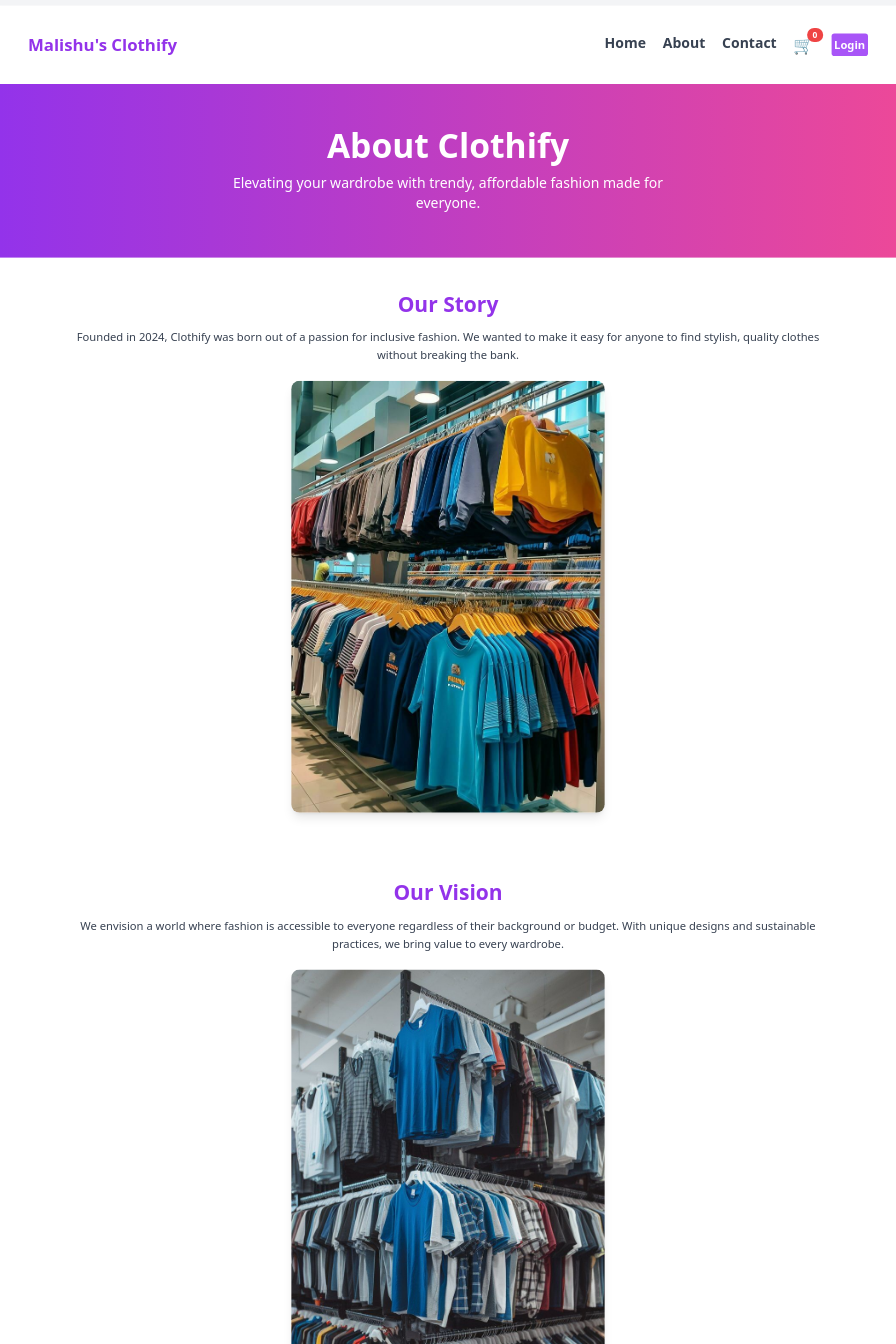
Repository: Engineer-collo/Modern-Ecommerce-Application
Page: /about
The author's editor kept a copy of each file at every save. The page is drawn from the files as they stood at one save, then again after the next save.
The browser window is 1280 px wide. The pictures show the part of the page from y = 0 to 1920 px (the page is 3819 px tall before and 3871 px after), at 70% of full size.
The project was rebuilt for these pictures with package versions that can differ from the ones it lists, and the page was loaded fresh each time. Also part of the build but not shown: vite.config.js, src/components/SignupForm.jsx, src/components/LoginForm.jsx, src/components/ProductCard.jsx, src/components/OfferCountdown.jsx, src/components/ProductFeed.jsx, src/components/Contact.jsx, src/components/Cart.jsx and 1 more.

Above is the page before, as saved 2025-05-26 09:57:03.

### index.html
<!DOCTYPE html>
<html lang="en">
<head>
  <meta charset="UTF-8">
  <meta name="viewport" content="width=device-width, initial-scale=1.0">
  <title>Ecommerce</title>
</head>
<body class="bg-gray-100">
  <div id="root"></div>
  <script type="module" src="/src/main.jsx"></script>
</body>
</html>

### src/main.jsx
import React from 'react'
import ReactDOM from 'react-dom/client'
import './index.css'
import App from './App'

ReactDOM.createRoot(document.getElementById('root')).render(
  <React.StrictMode>
    <App />
  </React.StrictMode>,
)

### src/App.jsx
import { BrowserRouter as Router, Routes, Route } from 'react-router-dom';
import { useEffect, useState } from 'react';
import Footer from './components/Footer';
import Navbar from './components/Navbar';
import SignupForm from './components/SignupForm';
import LoginForm from './components/LoginForm';
import ProductFeed from './components/ProductFeed';
import Contact from './components/Contact';
import About from './components/About';
import Cart from './components/Cart';
import ProductDetailsView from './components/ProductDetailsView';

import {
  showSuccessToast,
  ToastContainerWrapper,
} from './components/Toast';

function App() {
  const [cart, setCart] = useState([]);
  const [cartLoaded, setCartLoaded] = useState(false);

  // Load cart from localStorage
  useEffect(() => {
    const storedCart = localStorage.getItem("cart");
    if (storedCart) {
      try {
        setCart(JSON.parse(storedCart));
      } catch (error) {
        console.error("Failed to parse cart from localStorage:", error);
      }
    }
    setCartLoaded(true);
  }, []);

  // Save cart to localStorage when updated
  useEffect(() => {
    if (cartLoaded) {
      localStorage.setItem("cart", JSON.stringify(cart));
    }
  }, [cart, cartLoaded]);

  const addToCart = (product) => {
    setCart(prevCart => {
      const existing = prevCart.find(item => item.id === product.id);
      if (existing) {
        return prevCart.map(item =>
          item.id === product.id
            ? { ...item, quantity: item.quantity + 1 }
            : item
        );
      } else {
        return [...prevCart, { ...product, quantity: 1 }];
      }
    });
    showSuccessToast("Added to cart!");
  };

  const removeFromCart = (product) => {
    setCart(prevCart =>
      prevCart
        .map(item =>
          item.id === product.id
            ? { ...item, quantity: item.quantity - 1 }
            : item
        )
        .filter(item => item.quantity > 0)
    );
    showSuccessToast("Removed from cart!");
  };

  return (
    <Router>
      <Navbar cart={cart} />
      <Routes>
        <Route
          path="/"
          element={
            <ProductFeed
              showSuccessToast={showSuccessToast}
              cart={cart}
            />
          }
        />
        <Route
          path="/cart"
          element={
            <Cart
              cart={cart}
              removeFromCart={removeFromCart}
            />
          }
        />
        <Route path="/product/:id" element={<ProductDetailsView
         addToCart={addToCart}
        />} />
        <Route path="/login" element={<LoginForm />} />
        <Route path="/signup" element={<SignupForm />} />
        <Route path="/about" element={<About />} />
        <Route path="/contact" element={<Contact showSuccessToast={showSuccessToast} />} />
      </Routes>
      <ToastContainerWrapper />
      <Footer />
    </Router>
  );
}

export default App;

### src/components/Footer.jsx
const Footer = () => {
    return(
        <>
        <footer className="bg-gray-900 text-white py-6 mt-12">
  <div className="max-w-7xl mx-auto px-4 flex flex-col md:flex-row justify-between items-center space-y-4 md:space-y-0">
    <p className="text-sm text-gray-400">
      &copy; {new Date().getFullYear()} The Malishu's Clothify.  All rights reserved.
    </p>
    <p className="text-sm text-gray-400">
      Built with ❤️ by <span className="text-white font-semibold">Engineer Collins</span>
    </p>


  </div>
</footer>

        </>
    )
}

export default Footer

### src/components/Navbar.jsx
import React, { useState } from "react";
import { Link } from "react-router-dom";

const Navbar = ({ cart = [] }) => {
  const [isOpen, setIsOpen] = useState(false);

  const toggleMenu = () => setIsOpen(!isOpen);

  return (
    <header className="mt-2 bg-white shadow-md">
      <div className="max-w-7xl mx-auto px-10 py-10 flex flex-col md:flex-row md:justify-between md:items-center">
        <div className="flex justify-between items-center">
          <h1 className="text-2xl font-bold text-gray-800">
            <Link
              to="/"
              className="hover:text-blue-500 text-gray-700 transition"
            >
              <span className="text-purple-600">Malishu's Clothify</span>
            </Link>
          </h1>

          <div className="md:hidden">
            <button
              onClick={toggleMenu}
              className="text-gray-700 focus:outline-none"
            >
              <svg
                className="h-6 w-6"
                fill="none"
                stroke="currentColor"
                strokeWidth="2"
                viewBox="0 0 24 24"
              >
                <path
                  strokeLinecap="round"
                  strokeLinejoin="round"
                  d={
                    isOpen
                      ? "M6 18L18 6M6 6l12 12"
                      : "M4 6h16M4 12h16M4 18h16"
                  }
                />
              </svg>
            </button>
          </div>
        </div>

        {/* Removed search input here */}

        {/* Desktop nav */}
        <nav className="space-x-6 hidden md:flex">
          <Link
            to="/"
            className="text-xl hover:text-blue-500 font-bold text-gray-700 transition"
          >
            Home
          </Link>
          <Link
            to="/about"
            className="text-xl hover:text-blue-500 font-bold text-gray-700 transition"
          >
            About
          </Link>
          <Link
            to="/contact"
            className="text-xl hover:text-blue-500 font-bold text-gray-700 transition"
          >
            Contact
          </Link>
          <Link to="/cart" className="relative text-2xl font-bold hover:text-white transition">
  🛒
  <span className="absolute -top-2 -right-3 bg-red-500 text-white text-xs font-bold px-2 py-0.5 rounded-full">
    {cart.length}
  </span>
</Link>
          <Link
            to="/login"
            className="rounded p-1 bg-purple-500 font-bold text-white transition"
          >
            Login
          </Link>
        </nav>
      </div>

{/* Mobile nav */}
{isOpen && (
  <nav className="md:hidden bg-purple-600 text-white px-4 py-6 shadow-lg">
    <div className="flex flex-col items-center space-y-6">
      <Link
        to="/"
        className="text-2xl font-bold hover:text-white hover:underline transition"
      >
        Home
      </Link>
      <Link
        to="/about"
        className="text-2xl font-bold hover:text-white hover:underline transition"
      >
        About
      </Link>
      <Link
        to="/contact"
        className="text-2xl font-bold hover:text-white hover:underline transition"
      >
        Contact
      </Link>
      <Link to="/cart" className="relative text-2xl font-bold hover:text-white transition">
  🛒
  <span className="absolute -top-2 -right-3 bg-red-500 text-white text-xs font-bold px-2 py-0.5 rounded-full">
    {cart.length}
  </span>
</Link>
      <Link
        to="/login"
        className="text-center text-2xl font-bold bg-white text-purple-600 px-6 py-3 rounded-lg shadow-md hover:bg-purple-100 transition"
      >
        Login
      </Link>
    </div>
  </nav>
)}

    </header>
  );
};

export default Navbar;

### src/components/About.jsx
import React from "react";

const About = () => {
  return (
    <>
      <div className="min-h-screen bg-white text-gray-800">
        {/* Hero Section */}
        <div className="bg-gradient-to-r from-purple-600 to-pink-500 py-16 px-6 text-center text-white">
          <h1 className="text-4xl md:text-5xl font-extrabold mb-4">About Clothify</h1>
          <p className="text-lg md:text-xl max-w-2xl mx-auto">
            Elevating your wardrobe with trendy, affordable fashion made for everyone.
          </p>
        </div>

        {/* Story & Mission - Block 1 */}
        <div className="max-w-6xl mx-auto py-12 px-4 text-center">
          <h2 className="text-3xl font-bold mb-4 text-purple-600">Our Story</h2>
          <p className="text-gray-700 leading-relaxed mb-6">
            Founded in 2024, Clothify was born out of a passion for inclusive fashion. We wanted to make it easy for
            anyone to find stylish, quality clothes without breaking the bank.
          </p>
          <img
            src="/cloathes1.png"
            alt="Fashion 1"
            className="w-full max-w-md mx-auto rounded-xl shadow-lg object-cover"
          />
        </div>

        {/* Story & Mission - Block 2 */}
        <div className="max-w-6xl mx-auto py-12 px-4 text-center">
          <h2 className="text-3xl font-bold mb-4 text-purple-600">Our Vision</h2>
          <p className="text-gray-700 leading-relaxed mb-6">
            We envision a world where fashion is accessible to everyone regardless of their background or budget.
            With unique designs and sustainable practices, we bring value to every wardrobe.
          </p>
          <img
            src="/cloathes2.png"
            alt="Fashion 2"
            className="w-full max-w-md mx-auto rounded-xl shadow-lg object-cover"
          />
        </div>

        {/* Story & Mission - Block 3 */}
        <div className="max-w-6xl mx-auto py-12 px-4 text-center">
          <h2 className="text-3xl font-bold mb-4 text-purple-600">Why Choose Us</h2>
          <p className="text-gray-700 leading-relaxed mb-6">
            Clothify combines creativity, comfort, and affordability. Our customer-first approach has made us one of
            the fastest-growing fashion brands.
          </p>
          <img
            src="/cloathes3.png"
            alt="Fashion 3"
            className="w-full max-w-md mx-auto rounded-xl shadow-lg object-cover"
          />
        </div>

        {/* Values */}
        <div className="bg-gray-50 py-12">
          <div className="max-w-6xl mx-auto px-4 text-center">
            <h2 className="text-2xl font-bold text-purple-600 mb-6">What We Believe In</h2>
            <div className="grid md:grid-cols-3 gap-8">
              <div>
                <h3 className="text-xl font-semibold mb-2">🛍️ Accessibility</h3>
                <p className="text-gray-600">Affordable fashion that doesn't compromise on quality or style.</p>
              </div>
              <div>
                <h3 className="text-xl font-semibold mb-2">🌱 Sustainability</h3>
                <p className="text-gray-600">We support ethical production and eco-friendly materials.</p>
              </div>
              <div>
                <h3 className="text-xl font-semibold mb-2">💖 Community</h3>
                <p className="text-gray-600">We design for real people and celebrate diversity in fashion.</p>
              </div>
            </div>
          </div>
        </div>

        {/* Stats or CTA */}
        <div className="py-12 px-4 bg-purple-100 text-center">
          <h2 className="text-3xl font-bold mb-4">Over 10,000 Happy Customers 🌟</h2>
          <p className="text-lg mb-6 text-gray-700">
            Join our growing community and find your perfect style with Clothify.
          </p>
          <a
            href="/contact"
            className="inline-block bg-purple-600 hover:bg-purple-700 text-white font-semibold py-2 px-6 rounded-lg transition"
          >
            Contact Us
          </a>
        </div>
      </div>
    </>
  );
};

export default About;

### src/components/Toast.jsx
// src/components/Toast.js
import { toast, ToastContainer } from 'react-toastify';
import 'react-toastify/dist/ReactToastify.css';

// Toast functions
export const showSuccessToast = (message) =>
  toast.success(message, {
    className: 'bg-green-100 text-green-800 border border-green-300 rounded p-4',
    bodyClassName: 'text-sm',
    progressClassName: 'bg-green-500',
  });

export const showErrorToast = (message) =>
  toast.error(message, {
    className: 'bg-red-100 text-red-800 border border-red-300 rounded p-4',
    bodyClassName: 'text-sm',
    progressClassName: 'bg-red-500',
  });

export const showInfoToast = (message) =>
  toast.info(message, {
    className: 'bg-blue-100 text-blue-800 border border-blue-300 rounded p-4',
    bodyClassName: 'text-sm',
    progressClassName: 'bg-blue-500',
  });

export const showWarningToast = (message) =>
  toast.warn(message, {
    className: 'bg-yellow-100 text-yellow-800 border border-yellow-300 rounded p-4',
    bodyClassName: 'text-sm',
    progressClassName: 'bg-yellow-500',
  });

// Toast container
export const ToastContainerWrapper = () => (
  <ToastContainer position="top-center" autoClose={2000} />
);

Loaded but not shown: src/index.css (common file); tailwind.config.js (common file)

After the next save:
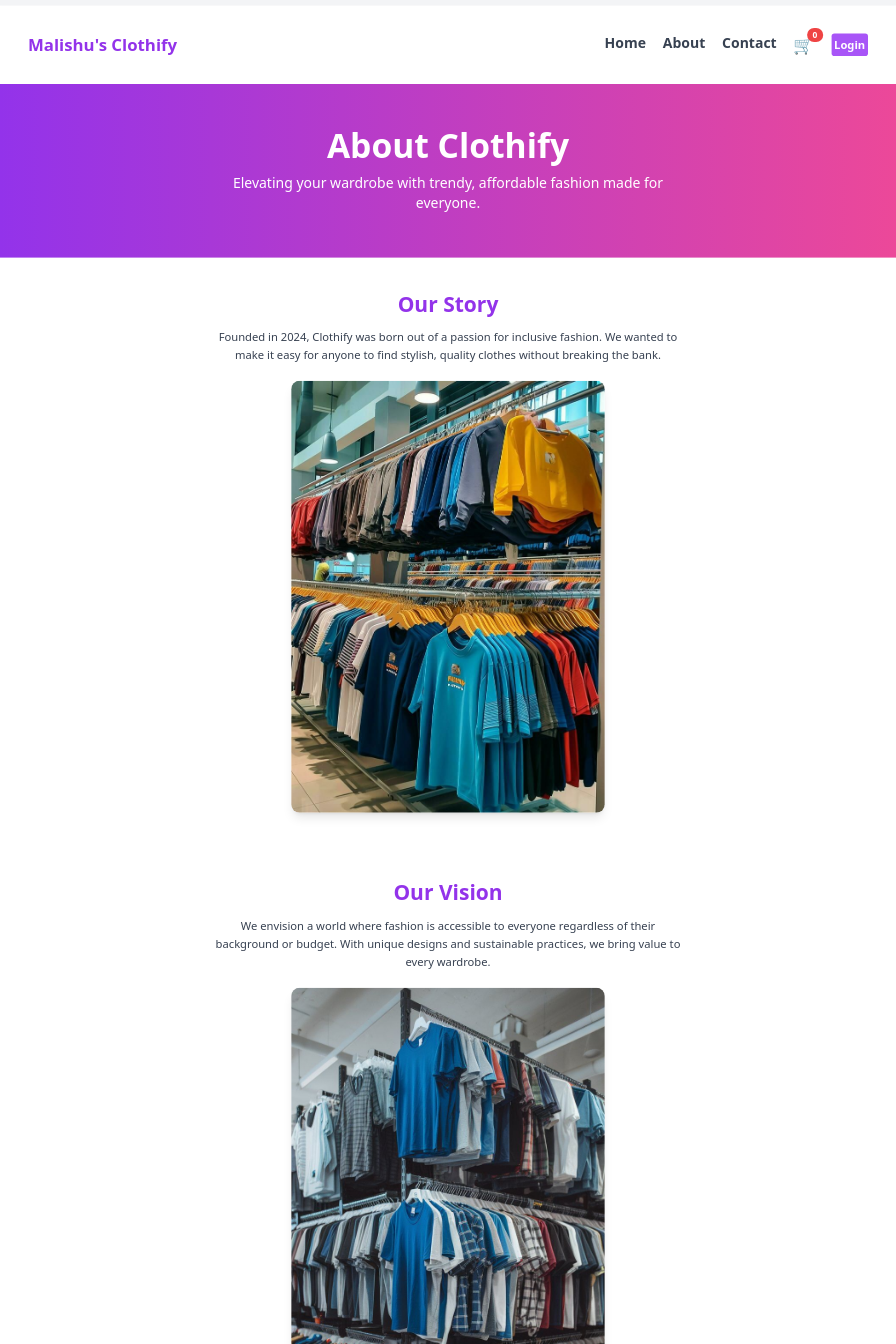
Saved 93 s later.
--- a/src/components/About.jsx
+++ b/src/components/About.jsx
@@ -12,13 +12,15 @@ const About = () => {
           </p>
         </div>
 
-        {/* Story & Mission - Block 1 */}
+        {/* Block 1: Our Story */}
         <div className="max-w-6xl mx-auto py-12 px-4 text-center">
-          <h2 className="text-3xl font-bold mb-4 text-purple-600">Our Story</h2>
-          <p className="text-gray-700 leading-relaxed mb-6">
-            Founded in 2024, Clothify was born out of a passion for inclusive fashion. We wanted to make it easy for
-            anyone to find stylish, quality clothes without breaking the bank.
-          </p>
+          <div className="max-w-2xl mx-auto mb-6">
+            <h2 className="text-3xl font-bold mb-4 text-purple-600">Our Story</h2>
+            <p className="text-gray-700 leading-relaxed">
+              Founded in 2024, Clothify was born out of a passion for inclusive fashion. We wanted to make it easy for
+              anyone to find stylish, quality clothes without breaking the bank.
+            </p>
+          </div>
           <img
             src="/cloathes1.png"
             alt="Fashion 1"
@@ -26,13 +28,15 @@ const About = () => {
           />
         </div>
 
-        {/* Story & Mission - Block 2 */}
+        {/* Block 2: Our Vision */}
         <div className="max-w-6xl mx-auto py-12 px-4 text-center">
-          <h2 className="text-3xl font-bold mb-4 text-purple-600">Our Vision</h2>
-          <p className="text-gray-700 leading-relaxed mb-6">
-            We envision a world where fashion is accessible to everyone regardless of their background or budget.
-            With unique designs and sustainable practices, we bring value to every wardrobe.
-          </p>
+          <div className="max-w-2xl mx-auto mb-6">
+            <h2 className="text-3xl font-bold mb-4 text-purple-600">Our Vision</h2>
+            <p className="text-gray-700 leading-relaxed">
+              We envision a world where fashion is accessible to everyone regardless of their background or budget.
+              With unique designs and sustainable practices, we bring value to every wardrobe.
+            </p>
+          </div>
           <img
             src="/cloathes2.png"
             alt="Fashion 2"
@@ -40,13 +44,15 @@ const About = () => {
           />
         </div>
 
-        {/* Story & Mission - Block 3 */}
+        {/* Block 3: Why Choose Us */}
         <div className="max-w-6xl mx-auto py-12 px-4 text-center">
-          <h2 className="text-3xl font-bold mb-4 text-purple-600">Why Choose Us</h2>
-          <p className="text-gray-700 leading-relaxed mb-6">
-            Clothify combines creativity, comfort, and affordability. Our customer-first approach has made us one of
-            the fastest-growing fashion brands.
-          </p>
+          <div className="max-w-2xl mx-auto mb-6">
+            <h2 className="text-3xl font-bold mb-4 text-purple-600">Why Choose Us</h2>
+            <p className="text-gray-700 leading-relaxed">
+              Clothify combines creativity, comfort, and affordability. Our customer-first approach has made us one of
+              the fastest-growing fashion brands.
+            </p>
+          </div>
           <img
             src="/cloathes3.png"
             alt="Fashion 3"
@@ -75,10 +81,10 @@ const About = () => {
           </div>
         </div>
 
-        {/* Stats or CTA */}
+        {/* CTA */}
         <div className="py-12 px-4 bg-purple-100 text-center">
           <h2 className="text-3xl font-bold mb-4">Over 10,000 Happy Customers 🌟</h2>
-          <p className="text-lg mb-6 text-gray-700">
+          <p className="text-lg mb-6 text-gray-700 max-w-2xl mx-auto">
             Join our growing community and find your perfect style with Clothify.
           </p>
           <a
